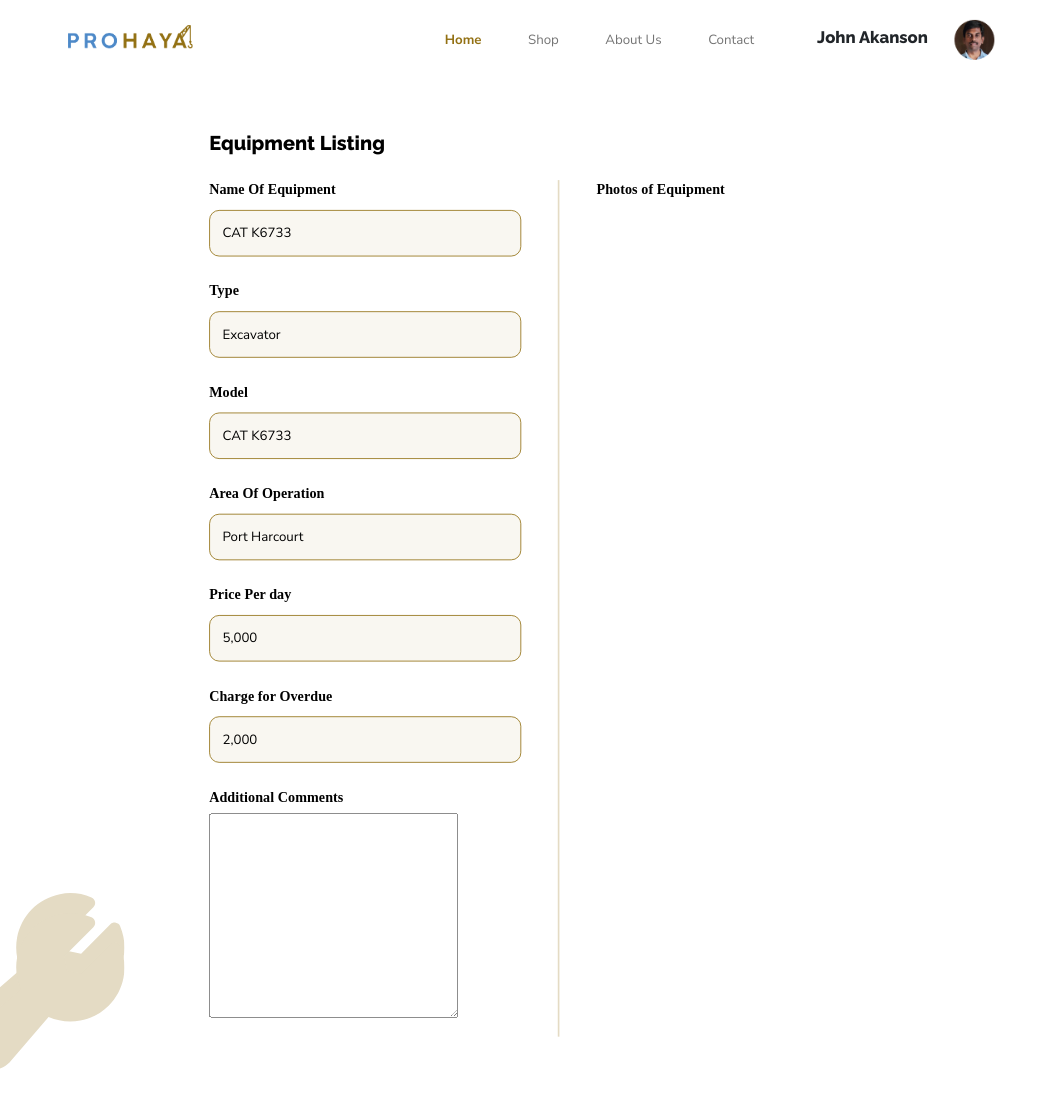
Repository: stormcelltech/Prohaya-UI
Page: Prohaya-UI/equipment_listing.html
An editor plug-in stored every save of this project. The page is shown before and after the next save, followed by the edit.
The browser window is 1280 px wide. The pictures show the whole page, at 83% of full size.
Some web libraries are served in a nearby version.

Above is the page before, as saved 2022-04-14 03:31:51.
Console error: TypeError: $(...).owlCarousel is not a function

### Prohaya-UI/equipment_listing.html
<!DOCTYPE html>
<html lang="en">

<head>
    <meta charset="UTF-8">
    <meta http-equiv="X-UA-Compatible" content="IE=edge">
    <meta name="viewport" content="width=device-width, initial-scale=1.0">
    <title>Prohaya</title>
    <script src="./assets/js/jquery-3.6.0.js"></script>
    <script src="./assets/bootstrap/dist/js/bootstrap.bundle.js"></script>
    <link rel="stylesheet" href="assets/bootstrap/dist/css/bootstrap.css">
    <link rel="stylesheet" href="./assets/css/custom.css">
    <link rel="stylesheet" href="./assets/css/carousel.css">
    <link rel="stylesheet" href="./assets/css/responsive.css">
    <script src="https://kit.fontawesome.com/151ccf5101.js" crossorigin="anonymous"></script>
    <link rel="stylesheet" href="assets/fontawesome/css/all.css">
    <link rel="preconnect" href="https://fonts.googleapis.com">
    <link rel="preconnect" href="https://fonts.gstatic.com" crossorigin>
    <link href="https://fonts.googleapis.com/css2?family=Raleway:wght@800&display=swap" rel="stylesheet">


</head>

<body>
    <nav class="navbar navbar-expand-lg navbar-light custom-navWidth bg-light">
        <div class="container">
            <a class="navbar-brand" href="#"><img src="assets/img/logo/logo.png" class="logo" alt=""></a>
            <button class="navbar-toggler border-0" type="button" data-bs-toggle="collapse" data-bs-target="#navbarSupportedContent" aria-controls="navbarSupportedContent" aria-expanded="false" aria-label="Toggle navigation">
            <span class="navbar-toggler-icon"></span>
          </button>
            <div class="collapse navbar-collapse" id="navbarSupportedContent">
                <ul class="navbar-nav custom-nav-link ms-auto mb-2 mb-lg-0">
                    <li class="nav-item">
                        <a class="nav-link active custom-active" aria-current="page" href="#">Home</a>
                    </li>
                    <li class="nav-item">
                        <a class="nav-link" href="shop.html">Shop</a>
                    </li>

                    <li class="nav-item">
                        <a class="nav-link" href="#">About Us</a>
                    </li>

                    <li class="nav-item">
                        <a class="nav-link" href="#">Contact</a>
                    </li>
                </ul>
                <div class="custom-nav-btn-container">
                    <!-- <a href="login.html" class="signin-link">Sign in</a> -->
                    <strong class="custom_john">John Akanson</strong>
                    <!-- <a href="signup.html" class="custom-btn-primary">Sign Up</a> -->
                    <img src="./assets/img/card img/Ellipse 14.png" alt="">
                </div>
            </div>
        </div>
    </nav>



    <header class="custom-listing-padding">
        <div class="container">
            <div class="row">
                <h1 class="custom_listing">Equipment Listing</h1>
                <form action="">
                    <div class="row custom-row-padding">
                        <div class="col-md-6">
                            <div class="mb-3">
                                <label for="exampleFormControlInput1" class="form-label custom-labels">Name Of Equipment</label>
                                <input type="text" class="form-control custom-input" id="exampleFormControlInput1" placeholder="CAT K6733">
                            </div>
                            <div class="mb-3">
                                <label for="exampleFormControlInput1" class="form-label custom-labels">Type</label>
                                <input type="text" class="form-control custom-input" id="exampleFormControlInput1" placeholder="Excavator">
                            </div>
                            <div class="mb-3">
                                <label for="exampleFormControlInput1" class="form-label custom-labels">Model</label>
                                <input type="text" class="form-control custom-input" id="exampleFormControlInput1" placeholder="CAT K6733">
                            </div>
                            <div class="mb-3">
                                <label for="exampleFormControlInput1" class="form-label custom-labels">Area Of Operation</label>
                                <input type="text" class="form-control custom-input" id="exampleFormControlInput1" placeholder="Port Harcourt">
                            </div>
                            <div class="mb-3">
                                <label for="exampleFormControlInput1" class="form-label custom-labels">Price Per day</label>
                                <input type="number" class="form-control custom-input" id="exampleFormControlInput1" placeholder="5,000">
                            </div>
                            <div class="mb-3">
                                <label for="exampleFormControlInput1" class="form-label custom-labels">Charge for Overdue</label>
                                <input type="number" class="form-control custom-input" id="exampleFormControlInput1" placeholder="2,000">
                            </div>
                            <div class="mb-3">
                                <label for="exampleFormControlInput1" class="form-label custom-labels">Additional Comments</label>
                                <textarea name="" id="" cols="30" rows="10"></textarea>
                                <!-- <input type="text" class="form-control custom-input" id="exampleFormControlInput1" placeholder="CAT K6733"> -->
                            </div>

                        </div>
                        <div class="col-md-1 ">
                            <div class="custom_hr">
                            </div>
                        </div>

                        <div class="col-md-5">
                            <strong class="custom_photo_section">Photos of Equipment</strong>
                        </div>
                    </div>
                </form>

            </div>
        </div>
    </header>
    <div class="container-fluid">
        <div class="spanner-container">
            <img src="./assets/img/header component/Vector.svg" class="" alt="">
        </div>
    </div>
    <div class="container-fluid">
        <div class="spanner-container">
            <img src="./assets/img/header component/Vector.svg" class="" alt="">
        </div>
    </div>
    <!-- <div class="container my-5">
        <div class="input-group d-md-none">
            <select class="form-select custom-form-select" id="inputGroupSelect04" aria-label="Example select with button addon">
              <option class="selected" selected>Location</option>
              <option value="1">One</option>
              <option value="2">Two</option>
              <option value="3">Three</option>
            </select>
            <select class="form-select custom-form-select" id="inputGroupSelect04" aria-label="Example select with button addon">
                <option class="selected" selected>Categories</option>
                <option value="1">One</option>
                <option value="2">Two</option>
                <option value="3">Three</option>
              </select>
            <select class="form-select custom-form-select" id="inputGroupSelect04" aria-label="Example select with button addon">
                <option class="selected" selected>Price</option>
                <option value="1">One</option>
                <option value="2">Two</option>
                <option value="3">Three</option>
              </select>
            <button class="btn btn-outline-secondary custom-brown-btn" type="button"><i class="fas fa-search"></i></button>
        </div>
    </div> -->
    <!-- <div class="container-fluid">
        <div class="spanner-container">
            <img src="./assets/img/header component/Vector.svg" class="" alt="">
        </div>
    </div> -->

    <!-- <section class="what-we-offer-bg">
        <div class="container">
            <h1 class="custom-heading-2 mt-5 text-white">
                What we offer
            </h1>
            <div class="line"></div>
        </div>

        <div class="container">
            <div class="row my-5 row-padding">
                <div class="col-md-4">
                    <div class="card mb-3 bg-transparent border-0" style="max-width: 540px;">
                        <div class="row g-0">
                            <div class="col-md-3 col-sm-12">
                                <div class="card-box d-flex justify-content-center">
                                    <div class="circle-1 text-center">
                                        <div class="icon-padding">
                                            <img src="./assets/img/icon/paste.png" width="35px" style="margin: 0 auto;" alt="">
                                        </div>
                                    </div>
                                </div>
                            </div>
                            <div class="col-md-9 text-start">
                                <div class="card-body">
                                    <h5 class="card-title custom-card-title">Listings Of Equipments</h5>
                                    <p class="card-text custom-card-text">Prohaya connects you with a wide range of equipments from vendors all around Nigeria. </p>
                                </div>
                            </div>
                        </div>
                    </div>
                </div>
                <div class="col-md-4">
                    <div class="card mb-3 bg-transparent border-0" style="max-width: 540px;">
                        <div class="row g-0">
                            <div class="col-md-3">
                                <div class="card-box d-flex justify-content-center">
                                    <div class="circle-2 text-center">
                                        <div class="icon-padding">
                                            <img src="./assets/img/icon/van-cargo.png" width="35px" style="margin: 0 auto;" alt="">
                                        </div>
                                    </div>
                                </div>
                            </div>
                            <div class="col-md-9 text-start">
                                <div class="card-body">
                                    <h5 class="card-title custom-card-title">Delivery Nationwide</h5>
                                    <p class="card-text custom-card-text">Prohaya connects you with a wide range of equipments from vendors all around Nigeria. </p>
                                </div>
                            </div>
                        </div>
                    </div>
                </div>
                <div class="col-md-4">
                    <div class="card mb-3 bg-transparent border-0" style="max-width: 540px;">
                        <div class="row g-0">
                            <div class="col-md-3">
                                <div class="card-box d-flex justify-content-center">
                                    <div class="circle-3 text-center">
                                        <div class="icon-padding">
                                            <img src="./assets/img/icon/arrow.png" width="35px" style="margin: 0 auto;" alt="">
                                        </div>
                                    </div>
                                </div>
                            </div>
                            <div class="col-md-9 text-start">
                                <div class="card-body">
                                    <h5 class="card-title custom-card-title">Negotiable Payments</h5>
                                    <p class="card-text custom-card-text">Prohaya connects you with a wide range of equipments from vendors all around Nigeria. </p>
                                </div>
                            </div>
                        </div>
                    </div>
                </div>
            </div>
        </div>
    </section> -->

    <!-- <section class="section-settings-3">
        <div class="container">
            <h1 class="custom-heading-3 mt-5 text-center">
                What do you need ?
            </h1>
        </div>

        <div class="container">
            <div class="row">
                <div class="col-md-4">
                    <div class="card" style="width: 20rem;">
                        <img src="./assets/img/background/unsplash_jibUsRaauLY.png" class="card-img-top p-3" alt="...">
                        <div class="card-body">
                            <div class="card-title custom-card-title-2">
                                Excavators
                            </div>
                            <div class="card-text font-weight-bold">
                                Available
                            </div>
                        </div>
                    </div>
                </div>
                <div class="col-md-4">
                    <div class="card" style="width: 20rem;">
                        <img src="./assets/img/background/unsplash_AI2YT94sSeA@2x.png" class="card-img-top p-3" alt="...">
                        <div class="card-body">
                            <div class="card-title custom-card-title-2">
                                Bulldozers
                            </div>
                            <div class="card-text font-weight-bold">
                                Available
                            </div>
                        </div>
                    </div>
                </div>
                <div class="col-md-4">
                    <div class="card" style="width: 20rem;">
                        <img src="./assets/img/background/unsplash_9qfH_EIzH6w.png" class="card-img-top p-3" alt="...">
                        <div class="card-body">
                            <div class="card-title custom-card-title-2">
                                Graders
                            </div>
                            <div class="card-text font-weight-bold">
                                Available
                            </div>
                        </div>
                    </div>
                </div>
            </div>



        </div>
    </section> -->

    <!-- <section class="section-settings-4">
        <div class="container">
            <h1 class="custom-heading-2 mt-5 text-dark">
                Testimonials
            </h1>
            <div class="line"></div>
        </div>

        <div class="container">
            <div class="circle-quote-container d-flex justify-content-start">
                <div class="circle-quote d-inline-flex">
                    <span class="circle-quote-img"><img src="./assets/img/icon/Vector.svg" alt=""></span><span></span>
                </div>
            </div>
            <div class="row testimonial-margin">
                <div class="col-md-4">
                    <div class="card">
                        <img src="assets/img/background/Rectangle 28.png" alt="" class="card-img-top">
                        <div class="card-body">
                            <div class="card-text my-2 text-justify">
                                Lorem ipsum dolor sit amet, consectetur adipiscing elit. Lacus scelerisque faucibus feugiat sed vestibulum sit mauris eget tempor. Hac lacus, posuere in bibendum interdum.
                            </div>
                            <div class="card-title font-weight-bold">
                                <b>
                                Kate
                                </b>
                            </div>
                            <div class="text-gray">
                                Elizade Construction Company
                            </div>
                        </div>
                    </div>
                </div>
                <div class="col-md-4">
                    <div class="card">
                        <img src="assets/img/background/unsplash_vK6HbLrGzZc.png" alt="" class="card-img-top">
                        <div class="card-body">
                            <div class="card-text my-2 text-justify">
                                Lorem ipsum dolor sit amet, consectetur adipiscing elit. Lacus scelerisque faucibus feugiat sed vestibulum sit mauris eget tempor. Hac lacus, posuere in bibendum interdum.
                            </div>
                            <div class="card-title font-weight-bold">
                                <b>
                                    Okoro
                                </b>
                            </div>
                            <div class="text-gray">
                                Elizade Construction Company
                            </div>
                        </div>
                    </div>
                </div>
                <div class="col-md-4">
                    <div class="card">
                        <img src="assets/img/background/unsplash_KHO_jvns5Xc.png" alt="" class="card-img-top">
                        <div class="card-body">
                            <div class="card-text my-2 text-justify">
                                Lorem ipsum dolor sit amet, consectetur adipiscing elit. Lacus scelerisque faucibus feugiat sed vestibulum sit mauris eget tempor. Hac lacus, posuere in bibendum interdum.
                            </div>
                            <div class="card-title font-weight-bold">
                                <b>
                                    Micheal
                                </b>
                            </div>
                            <div class="text-gray">
                                Elizade Construction Company
                            </div>
                        </div>
                    </div>
                </div>
            </div>

            <div class="circle-quote-container d-flex justify-content-end">
                <div class="circle-quote-2 d-inline-flex"> -->
                    <!-- <span class="circle-quote-img"><img src="./assets/img/icon/Vector.svg" alt=""></span><span></span> -->
                    <!-- <span></span> <span class="circle-quote-img-2"><img src="./assets/img/icon/Vector.svg" alt=""></span>
                </div>
            </div>
        </div>
    </section> -->

    <!-- <section class="section-settings-5">
        <div class="container">
            <div class="row d-flex justify-content-center">
                <div class="col-md-6">
                    <div class="details-1 pb-5 my-lg-5">
                        The largest community of <br> Heavy duty equipments <br> Hirers and Users
                    </div>
                </div>
                <div class="col-md-6">
                    <div class="card custom-signup-card">
                        <div class="signup-heading">
                            Sign up for a free account
                        </div>
                        <div class="card-body p-4">
                            <form action="" class="px-4">
                                <div class="row">
                                    <div class="col-md-6 mt-4">
                                        <input type="text" class="form-control form-custom-control" placeholder="First name" name="firstname" id="">
                                    </div>
                                    <div class="col-md-6 mt-4">
                                        <input type="text" name="lastname" class="form-control form-custom-control" placeholder="Last name" id="">
                                    </div>
                                </div>
                                <div class="row mt-4">
                                    <div class="col-md-12">
                                        <input type="email" class="form-control form-custom-control" placeholder="Email address" name="firstname" id="">
                                    </div>

                                </div>

                                <div class="row my-4">
                                    <div class="col-md-12">
                                        <input type="password" class="form-control form-custom-control" placeholder="Create password" name="firstname" id="">
                                    </div>

                                </div>

                                <div class="signup-btn-container mb-4">
                                    <button type="submit" class="custom-btn custom-primary-btn">Register</button>
                                </div>
                            </form>
                        </div>
                    </div>
                </div>
            </div>
        </div>
    </section> -->

    <!-- <footer class="footer-settings">
        <div class="container">
            <div class="row mt-5">
                <div class="col-md-12">
                    <div class="row">
                        <div class="col-md-4">
                            <div class="logo-brand">
                                <img src="./assets/img/logo/logo.png" alt="">
                            </div>
                        </div>
                        <div class="col-md-4">
                            <div class="col-md-12">
                                <div class="row">
                                    <div class="col-md-4">
                                        <a href="#" class="footer-link">Contact Us</a>
                                    </div>
                                    <div class="col-md-4">
                                        <a href="#" class="footer-link">Community</a>
                                    </div>
                                    <div class="col-md-4">
                                        <a href="#" class="footer-link">Company</a>
                                    </div>
                                </div>
                            </div>
                        </div>
                        <div class="col-md-4">
                            <div class="footer-copyright">
                                © Prohaya, Inc. 2022. We love our users!
                            </div>
                        </div>
                    </div>
                </div>
            </div> -->
            <!-- <div class="footer-bg">
                <img src="./assets/img/background/footer-bg.png" class="fixed-bottom" alt="">
            </div> -->

        <!-- </div>

    </footer> -->
    <!-- <div class="footer-custom-style">
        <div></div>
        <div></div>
    </div> -->
    <!-- <div class="footer-cover">
    </div> -->











    <script src="./assets/js/slider.js"></script>
</body>

</html>

Loaded but not shown: assets/js/jquery-3.6.0.js (library); assets/bootstrap/dist/js/bootstrap.bundle.js (library); assets/bootstrap/dist/css/bootstrap.css (library); assets/fontawesome/css/all.css (library); assets/js/slider.js (95 lines, source omitted); Prohaya-UI/assets/css/custom.css (836 lines, source omitted); assets/css/carousel.css (no copy from this time; the picture is the same without it); assets/css/responsive.css (no copy from this time; the picture is the same without it)

After the next save:
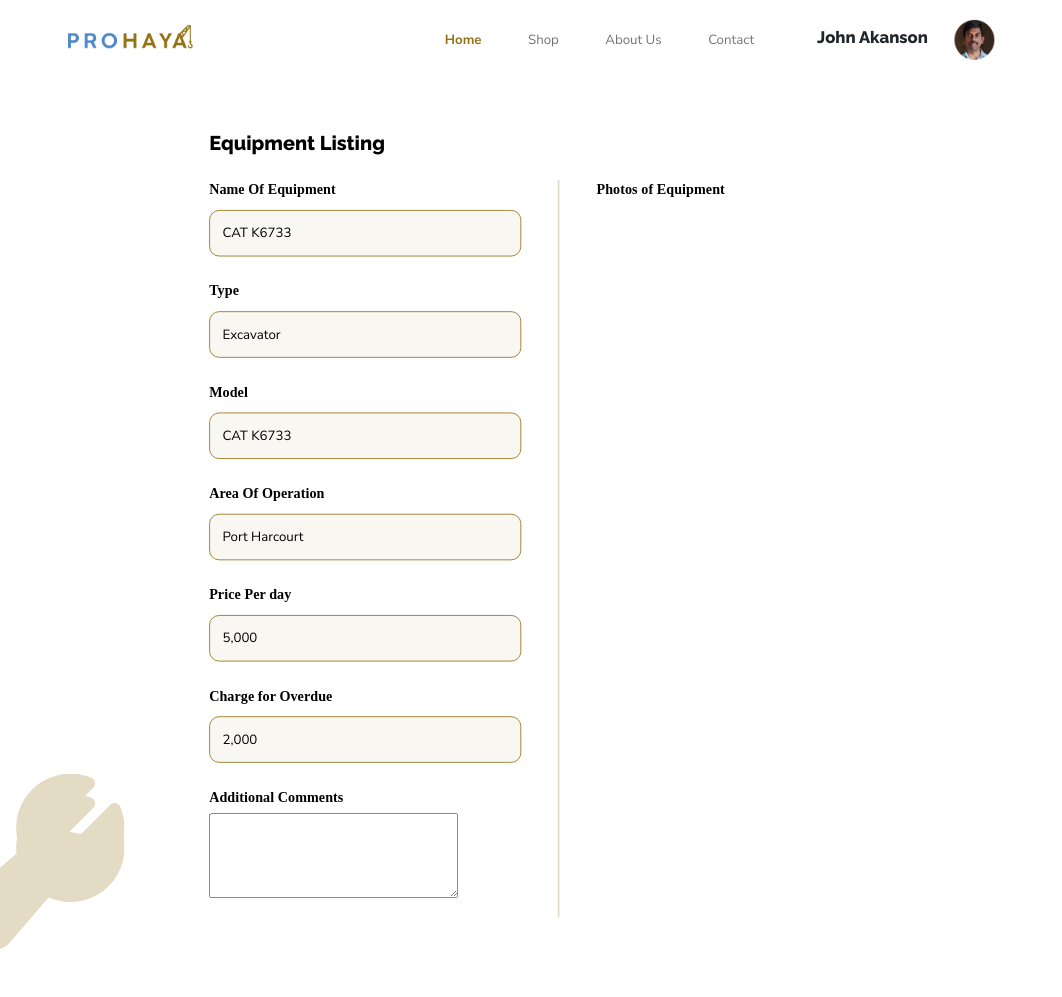
Saved 19 s later.
--- a/Prohaya-UI/equipment_listing.html
+++ b/Prohaya-UI/equipment_listing.html
@@ -90,7 +90,7 @@
                             </div>
                             <div class="mb-3">
                                 <label for="exampleFormControlInput1" class="form-label custom-labels">Additional Comments</label>
-                                <textarea name="" id="" cols="30" rows="10"></textarea>
+                                <textarea name="" id="" cols="30" rows="4"></textarea>
                                 <!-- <input type="text" class="form-control custom-input" id="exampleFormControlInput1" placeholder="CAT K6733"> -->
                             </div>
 
